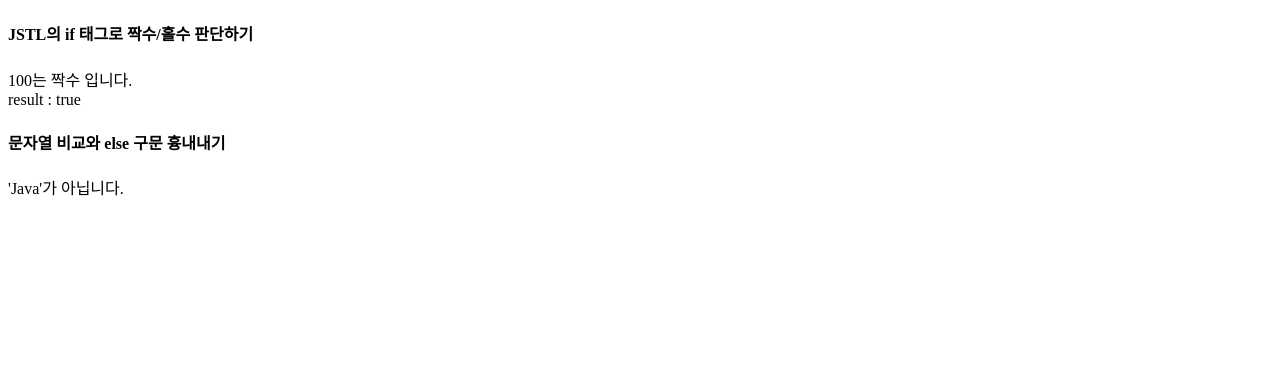
Repository: jjunyuongv/JSP_Servlet
Page: http://localhost/MustHHaveJSP/11JSTL/core/If.jsp
An editor plug-in stored every save of this project. The page is shown before and after the next save, followed by the edit.
The browser window is 1280 px wide. The pictures show the whole page.
The page is served by Tomcat 10.

Above is the page before, as saved 2025-05-12 08:11:08.

After the next save:
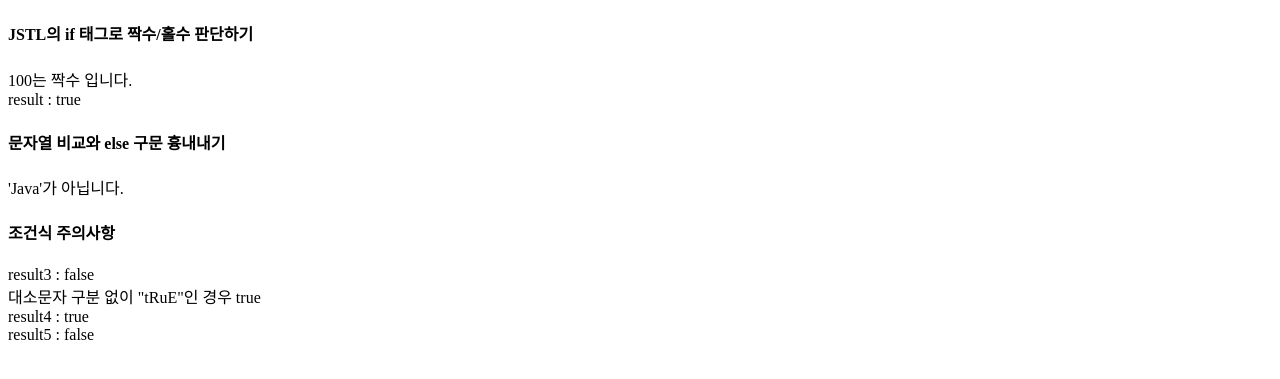
Saved 4 min 1 s later.
--- a/MustHHaveJSP/src/main/webapp/11JSTL/core/If.jsp
+++ b/MustHHaveJSP/src/main/webapp/11JSTL/core/If.jsp
@@ -22,6 +22,19 @@
 			'Java'가 아닙니다. <br />
 		</c:if>
 
+		<h4>조건식 주의사항</h4>
+		<c:if test="100" var="result3">
+			EL이 아닌 정수를 지정하면 false <br />
+		</c:if>
+		result3 : ${result3 } <br />
+		<c:if test="tRuE" var="result4">
+			대소문자 구분 없이 "tRuE"인 경우 true <br />
+		</c:if>
+		result4 : ${ result4 } <br />
+		<c:if test=" ${ true }" var="result5">
+			EL 양쪽에 빈 공백이 잇는 경우 false <br />
+		</c:if>
+		result5 : ${ result5} <br />
 
 
 	</body>
